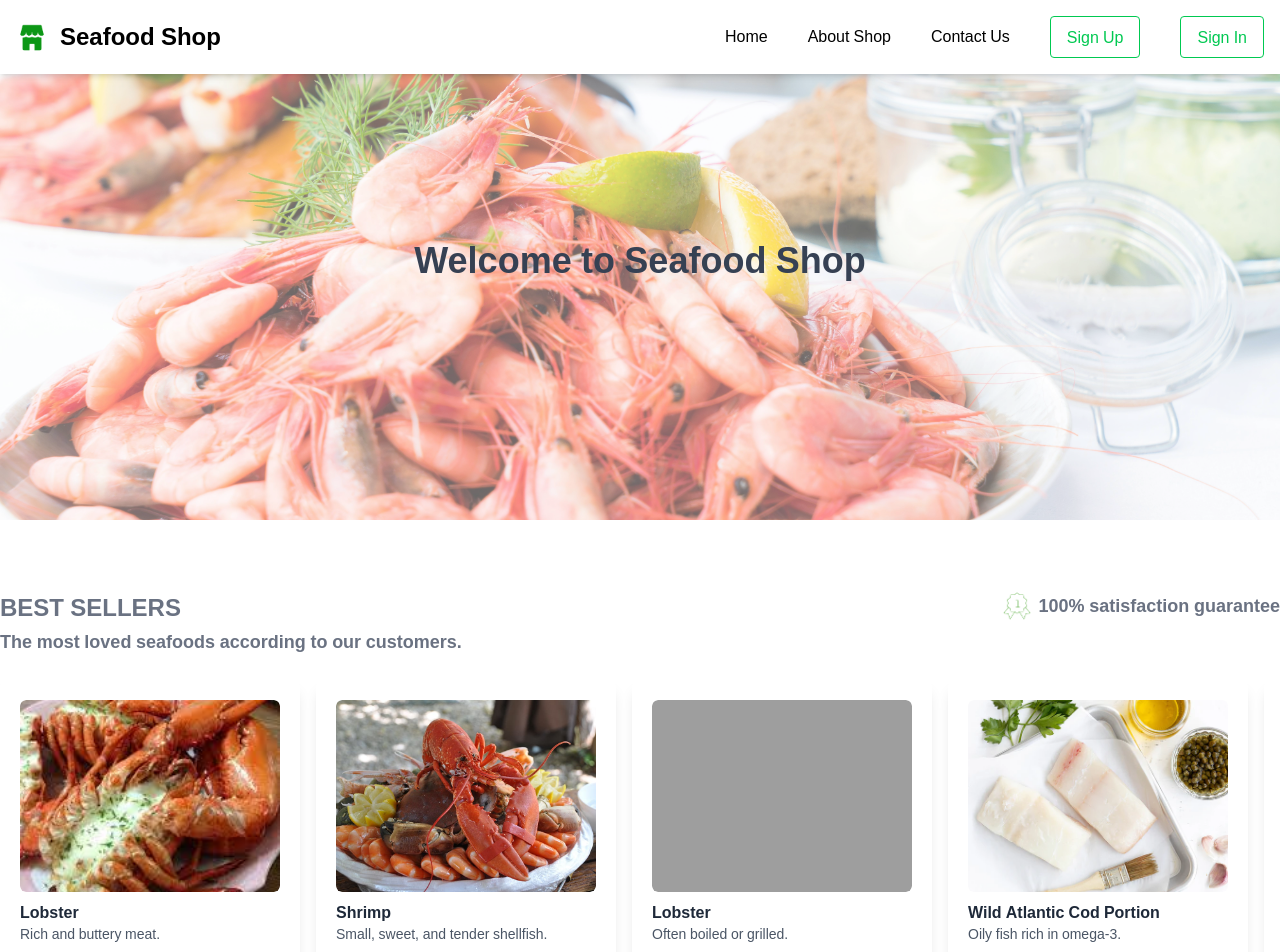
Repository: KongRucifer/SeaFood-Shop
Page: /modules/home/views
These files come from the project's save history. The page is drawn as it stood at one moment and after a run of saves; the edit follows.
The browser window is 1280 px wide. The pictures show the part of the page from y = 0 to 952 px (the page is 3324 px tall).
Pictures or frames that could not be fetched are drawn as grey boxes. The project was rebuilt for these pictures with package versions that can differ from the ones it lists, and the page was loaded fresh each time. The framework's server and built-in components were replaced by stand-ins that run in the browser. Also part of the build but not shown: next.config.ts.

Above is the page before, as saved 2025-06-25 22:08:39.

After the next 4 saves:
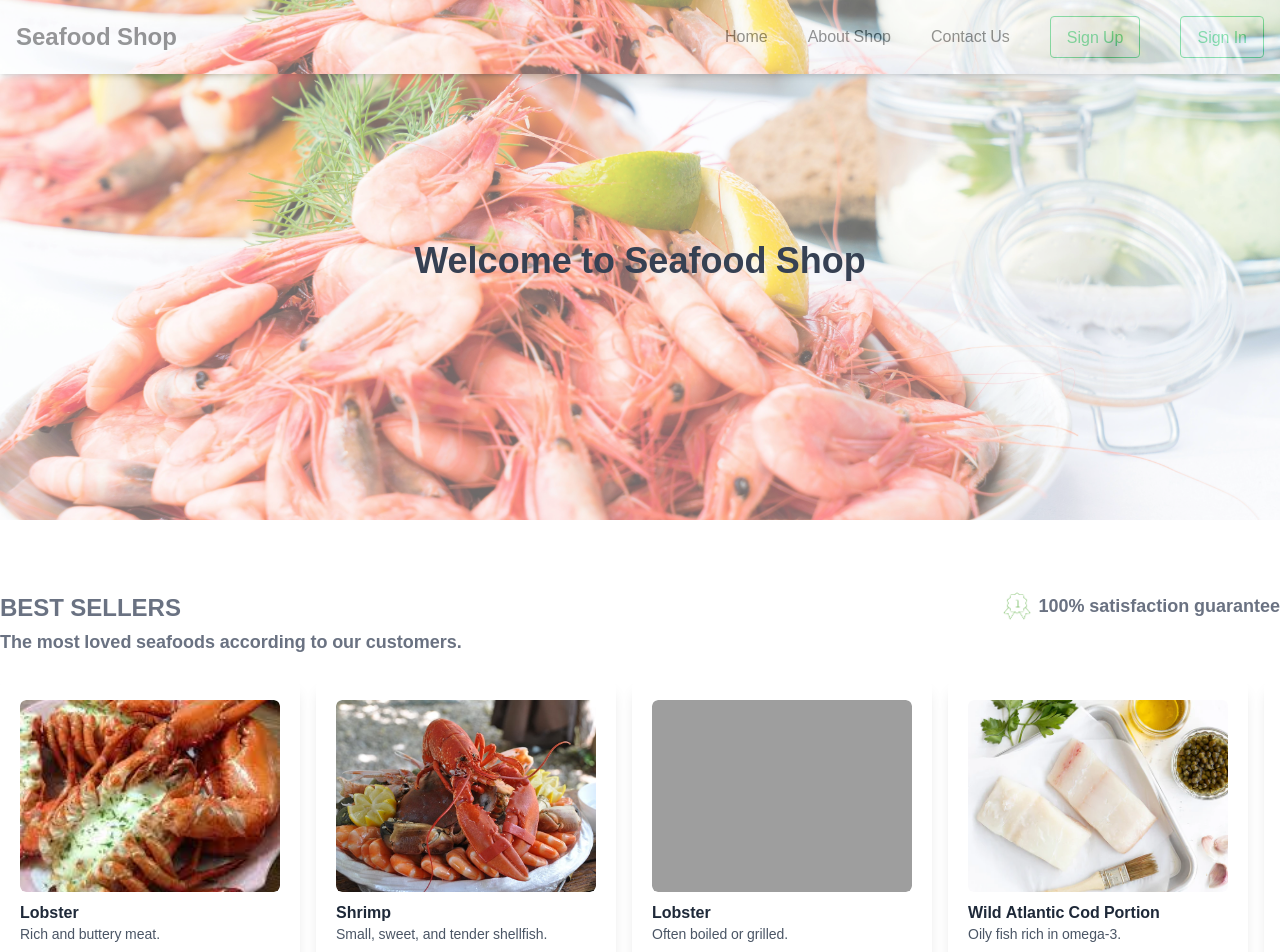
The 4 saves are shown as one change because 1 did not build or start and some came seconds apart.
The last was saved 59 s later.
--- a/src/app/components/Navbar.tsx
+++ b/src/app/components/Navbar.tsx
@@ -1,16 +1,19 @@
 import Link from "next/link";
-
+import Image from "next/image";
 export default async function Navbar() {
   return (
     <nav className="bg-white border-gray-200 dark:bg-gray-900 shadow-md fixed top-0 left-0 z-50 w-full">
       <div className="container mx-auto">
         <div className=" flex flex-wrap items-center justify-between  p-4">
           <div className="flex items-center">
-            <img
-              src="/images/lets-icons_shop.png"
-              className="h-8 mr-3"
-              alt="Seafood Shop Logo"
-            />
+           <Image
+        src="/images/food.jpg"
+        alt="Seafood Banner"
+        layout="fill"
+        objectFit="cover"
+        className="opacity-60"
+        priority // Ensures it loads quickly
+      />
             <span className="self-center text-2xl font-semibold whitespace-nowrap dark:text-white">
               Seafood Shop
             </span>
